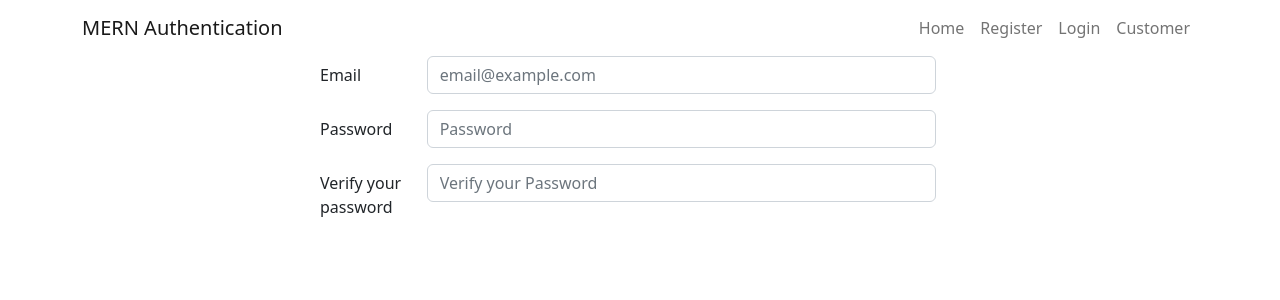
Repository: RubaHusam/MERN-Auth
Page: /register (app in frontend/)
These files come from the project's save history. The page is drawn as it stood at one moment and after the next save; the edit follows.
The browser window is 1280 px wide. The pictures show the whole page.
The project was rebuilt for these pictures with package versions that can differ from the ones it lists, and the page was loaded fresh each time.

Above is the page before, as saved 2023-01-27 18:59:36.

### frontend/src/index.js
import React from 'react';
import ReactDOM from 'react-dom/client';
import './index.css';
import App from './App';

import 'bootstrap/dist/css/bootstrap.min.css';

const root = ReactDOM.createRoot(document.getElementById('root'));
root.render(
  <React.StrictMode>
    <App />
  </React.StrictMode>
);

### frontend/src/App.js
import React from 'react';
import { BrowserRouter as Router, Route, Routes } from 'react-router-dom';

import Header from './components/Layout/Header';
import Register from './components/Auth/Register';

function App() {
  return (
    <>
      <Router>
        <Header />
        <Routes>
          <Route path='/' element={<div>Home</div>}></Route>
          <Route path='/register' element={<Register />}></Route>
          <Route path='/login' element={<div>Login</div>}></Route>
          <Route path='/customer' element={<div>Customer</div>}></Route>
        </Routes>
      </Router>
    </>
  );
}

export default App;

### frontend/src/components/Layout/Header.js
import React from 'react';
import { Nav, Navbar, Container, NavLink } from 'react-bootstrap';
import { Link } from 'react-router-dom';

export default function Header() {
  return (
    <>
      <Navbar collapseOnSelect expand='lg'>
        <Container>
          <Link to='/' style={{ textDecoration: 'none' }}>
            <Navbar.Brand href='/'>MERN Authentication</Navbar.Brand>
          </Link>
          <Navbar.Toggle aria-controls='responsive-navbar-nav' />
          <Navbar.Collapse id='responsive-navbar-nav'>
            <Nav
              style={{
                display: 'flex',
                justifyContent: 'right',
                width: '100%',
                textDecoration: 'none',
              }}>
              <Link to='/' style={{ textDecoration: 'none' }}>
                <NavLink href='/'>Home</NavLink>
              </Link>
              <Link to='/register' style={{ textDecoration: 'none' }}>
                <NavLink href='/register'>Register</NavLink>
              </Link>
              <Link to='/login' style={{ textDecoration: 'none' }}>
                <NavLink href='/login'>Login</NavLink>
              </Link>
              <Link to='/customer' style={{ textDecoration: 'none' }}>
                <NavLink href='/customer'>Customer</NavLink>
              </Link>
            </Nav>
          </Navbar.Collapse>
        </Container>
      </Navbar>
    </>
  );
}

### frontend/src/components/Auth/Register.js
import React from 'react';
import { Form, Row, Col } from 'react-bootstrap';

export default function Register() {
  return (
    <Row style={{ width: '100%', display: 'flex', justifyContent: 'center' }}>
      <Form style={{ width: '50%' }}>
        {/* Email */}
        <Form.Group as={Row} className='mb-3' controlId='formPlaintextEmail'>
          <Form.Label column sm='2'>
            Email
          </Form.Label>
          <Col sm='10'>
            <Form.Control type='email' placeholder='email@example.com' />
          </Col>
        </Form.Group>

        {/* Password */}
        <Form.Group as={Row} className='mb-3' controlId='formPlaintextPassword'>
          <Form.Label column sm='2'>
            Password
          </Form.Label>
          <Col sm='10'>
            <Form.Control type='password' placeholder='Password' />
          </Col>
        </Form.Group>

        {/* Password */}
        <Form.Group as={Row} className='mb-3' controlId='formPlaintextPassword'>
          <Form.Label column sm='2'>
            Verify your password
          </Form.Label>
          <Col sm='10'>
            <Form.Control type='password' placeholder='Verify your Password' />
          </Col>
        </Form.Group>
      </Form>
    </Row>
  );
}

Loaded but not shown: frontend/public/index.html (common file); frontend/src/index.css (common file)

After the next save:
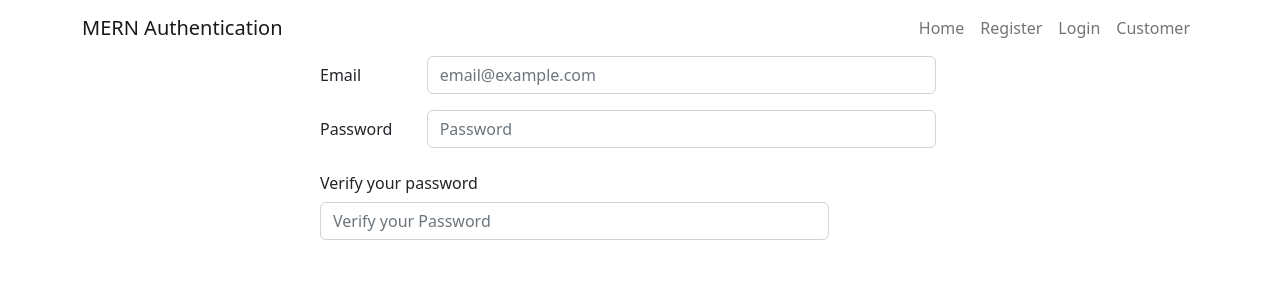
Saved 43 s later.
--- a/frontend/src/components/Auth/Register.js
+++ b/frontend/src/components/Auth/Register.js
@@ -27,7 +27,7 @@ export default function Register() {
 
         {/* Password */}
         <Form.Group as={Row} className='mb-3' controlId='formPlaintextPassword'>
-          <Form.Label column sm='2'>
+          <Form.Label column lg='8' sm='2'>
             Verify your password
           </Form.Label>
           <Col sm='10'>
